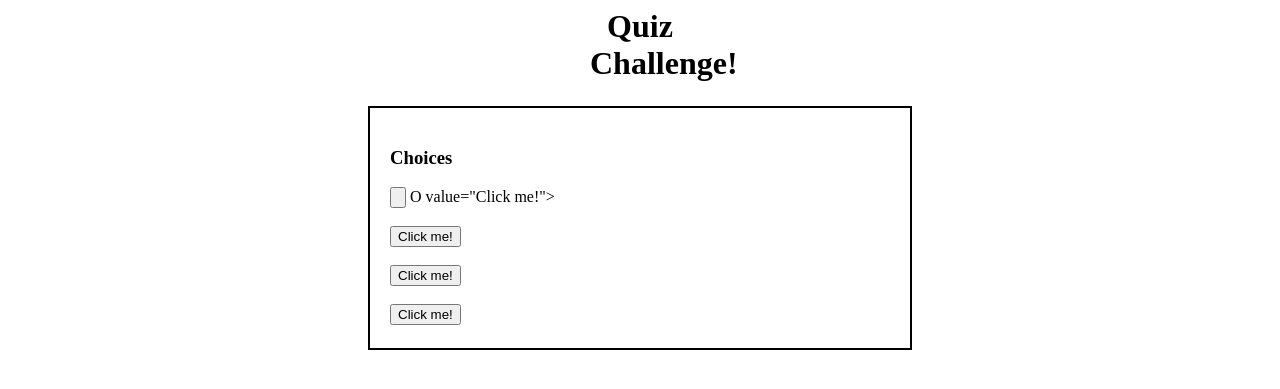
Repository: s88leigh/Quiz-Challenge
Page: index.html
These files come from the project's save history. The page is drawn as it stood at one moment and after a run of saves; the edit follows.
The browser window is 1280 px wide. The pictures show the whole page.

Above is the page before, as saved 2019-10-18 09:59:37.
Console error: ReferenceError: questionText is not defined

### index.html
<!DOCTYPE html>
<html lang="en">
<head>
    <meta charset="UTF-8">
    <meta name="viewport" content="width=device-width, initial-scale=1.0">
    <meta http-equiv="X-UA-Compatible" content="ie=edge">
    <link rel="stylesheet" type="text/css" href="style.css">
    <title>Quiz</title>


</head>
<body>
    <h1 id="title">Quiz Challenge!</h1>
    <br>
        <div id="question-box">

            <h3>Choices</h3>

            <input type="button" <span id="btn1"> O</span>  value="Click me!"> <br> <br>
            <input type="button" id="btn2"  value="Click me!"> <br> <br>
            <input type="button" id="btn3"  value="Click me!"> <br> <br>
            <input type="button" id="btn4"  value="Click me!">

  </div>
  <script src="./script.js"></script>
</body>
</html>

### style.css
#title {
    width: 100px;
    height: 50px;
    margin: auto;
    margin-bottom: 30px;
    text-align: center;
}

#question-box {
    width: 500px;
    height: 200px;
    padding: 20px;
    margin: auto;
    border: 2px solid black;
}

### script.js
document.getElementById("btn1").addEventListener("click" ,function(){
    alert("Correct");
});
document.getElementById("btn2").addEventListener("click" ,function(){
    alert("Correct");
});
document.getElementById("btn3").addEventListener("click" ,function(){
    alert("Correct");
});
document.getElementById("btn4").addEventListener("click" ,function(){
    alert("Correct");
});


var questions = [
    {
        questionText: "What programming language is used to style a webpage?",
        choices: ["Option 1","css", "Option3", "Option4"],
        answer: "css"
    },
    {
        questionText: "Which one is a DOM element?",
        choices: ["Option 1", "Option 2", "addEventListener", "Option4"],
        answer: "addEventListener"
    },
    {
        questionText: "Which is a DOM attribute?",
        choices: ["value", "Option 2", "Option3", "Option4"],
        answer: "value"
    },
    {
        questionText: "What are the inputs of a function called?",
        choices: ["Option 1", "Option 2", "Option3", "parameters"],
        answer: "parameters"
    },
    {
        questionText: "What is the output of a function called?",
        choices: ["Option 1", "Option 2", "Option3", "parameters"],
        answer: "return"
    }
];

for (var i = 0; i < questions.length; i++) {
    // get the question
    var question = questions[i];
    // get the question text and do something with it, put it on document
    question.questionText;
}questionText()


var h1 = document.createElement("h1");
var h1Text = document.createTextNode("Hello Kitty");
h1.appendChild(h1Text);

document.body.appendChild(h1);

After the next 2 saves:
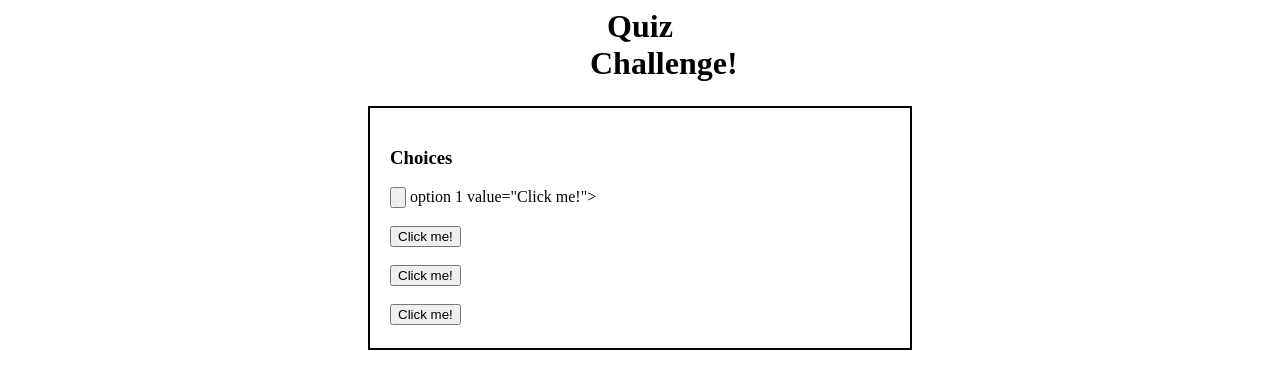
The 2 saves are shown as one change because they came seconds apart.
The last was saved 12 s later.
--- a/index.html
+++ b/index.html
@@ -16,7 +16,7 @@
 
             <h3>Choices</h3>
 
-            <input type="button" <span id="btn1"> O</span>  value="Click me!"> <br> <br>
+            <input type="button" <span id="btn1"> option 1</span>  value="Click me!"> <br> <br>
             <input type="button" id="btn2"  value="Click me!"> <br> <br>
             <input type="button" id="btn3"  value="Click me!"> <br> <br>
             <input type="button" id="btn4"  value="Click me!">
